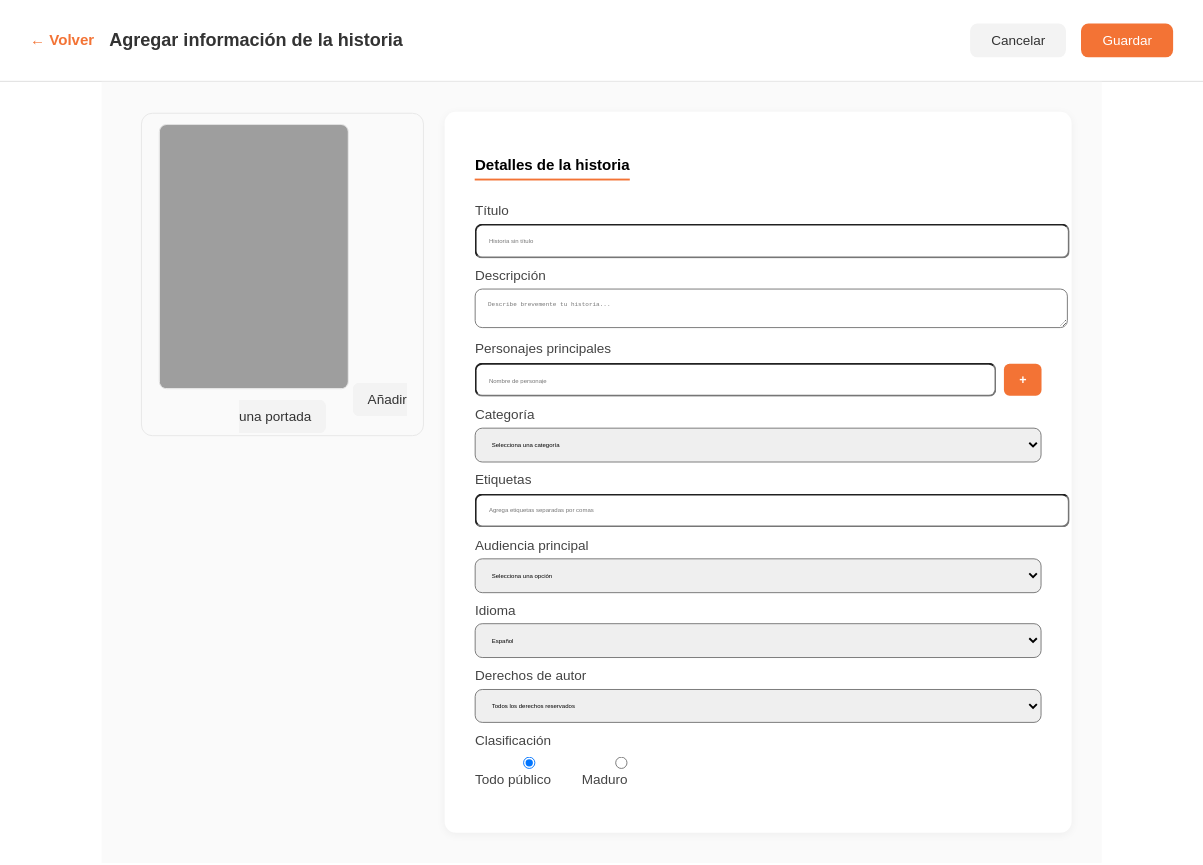
Repository: Mellowdarkl/willpig_studio
Page: .env/html_backup/indexCreti.html
The author's editor kept a copy of each file at every save. The page is drawn from the files as they stood at one save, then again after the next save.
The browser window is 1280 px wide. The pictures show the whole page, at 94% of full size.
Pictures or frames that could not be fetched are drawn as grey boxes.

Above is the page before, as saved 2025-11-11 12:22:21.

### .env/html_backup/indexCreti.html
<!DOCTYPE html>
<html lang="es">
<head>
  <meta charset="UTF-8" />
  <meta name="viewport" content="width=device-width, initial-scale=1.0" />
  <title>Crear historia | Willpig Studio</title>
  <link rel="stylesheet" href="style1.2.css" />
  <link rel="icon" type="image/x-icon" href="/public/img/img.ico/logo.ico" />
</head>
<body>

  <!-- 🧭 Barra superior -->
  <header class="story-header">
    <div class="header-left">
      <a href="/" class="back-link">← Volver</a>
      <h2>Agregar información de la historia</h2>
    </div>

    <div class="header-actions">
      <button class="btn-canceler">Cancelar</button>
      <button class="btn-savever">Guardar</button>
    </div>
  </header>

  <!--  Contenedor principal -->
  <main class="new-storys">
    <!--  Lado izquierdo: portada -->
    <div class="story-cover">
      <div class="cover-box">
        <img id="coverPreview" src="/img/placeholder-cover.png" alt="Portada" />
        <label for="coverInput" class="btn-upload">Añadir una portada</label>
        <input type="file" id="coverInput" accept="image/*" hidden>
      </div>
    </div>

    <!--  Lado derecho: formulario -->
    <form class="story-form" action="/newstory" method="POST">
      <section class="story-details">
        <h3>Detalles de la historia</h3>

        <div class="form-group">
          <label for="titulo">Título</label>
          <input type="text" id="titulo" name="titulo" placeholder="Historia sin título" required>
        </div>

        <div class="form-group">
          <label for="descripcion">Descripción</label>
          <textarea id="descripcion" name="descripcion" placeholder="Describe brevemente tu historia..."></textarea>
        </div>

        <div class="form-group">
          <label for="personajes">Personajes principales</label>
          <div class="inline-group">
            <input type="text" id="personajes" name="personajes" placeholder="Nombre de personaje">
            <button type="button" class="btn-add">+</button>
          </div>
        </div>

        <div class="form-group">
          <label for="categoria">Categoría</label>
          <select id="categoria" name="categoria">
            <option value="">Selecciona una categoría</option>
            <option value="fantasia">Fantasía</option>
            <option value="romance">Romance</option>
            <option value="aventura">Aventura</option>
            <option value="drama">Drama</option>
            <option value="infantil">Infantil</option>
          </select>
        </div>

        <div class="form-group">
          <label for="etiquetas">Etiquetas</label>
          <input type="text" id="etiquetas" name="etiquetas" placeholder="Agrega etiquetas separadas por comas">
        </div>

        <div class="form-group">
          <label for="audiencia">Audiencia principal</label>
          <select id="audiencia" name="audiencia">
            <option value="">Selecciona una opción</option>
            <option value="general">General</option>
            <option value="adolescentes">Adolescentes</option>
            <option value="adultos">Adultos</option>
          </select>
        </div>

        <div class="form-group">
          <label for="idioma">Idioma</label>
          <select id="idioma" name="idioma">
            <option value="es">Español</option>
            <option value="en">Inglés</option>
          </select>
        </div>

        <div class="form-group">
          <label for="derechos">Derechos de autor</label>
          <select id="derechos" name="derechos">
            <option value="todos">Todos los derechos reservados</option>
            <option value="compartido">Uso compartido con créditos</option>
            <option value="libre">Dominio público</option>
          </select>
        </div>

        <div class="form-group">
          <label>Clasificación</label>
          <div class="inline-group">
            <label><input type="radio" name="clasificacion" value="todo" checked> Todo público</label>
            <label><input type="radio" name="clasificacion" value="maduro"> Maduro</label>
          </div>
        </div>
      </section>
    </form>
  </main>

</body>
</html>

### .env/html_backup/style1.2.css
/*============================ Variables CSS ========================*/
:root {
  --orange: #94d5e6;
  --light-gray: #f5f5f5;
  --text-dark: #333;
  --text-light: #fff;
  --hover-bg: #ffe7d6;
  --transition: all 0.3s ease;
  --radius: 10px;
  font-family: 'Poppins', sans-serif;
}

/* === General === */
body {
  margin: 0;
  background: var(--light-gray);
  color: var(--text-dark);
}

/* 🌞 Modo claro por defecto */
body {
  background-color: rgb(22, 22, 22);
  color: rgb(250, 250, 250);
  transition: background-color 0.5s ease, color 0.5s ease;
}


body.dark-mode {
  background-color: #121212;
  color: #f0f0f0;
}
a {
  text-decoration: none;
  color: inherit;
}
a:hover {
  color: var(--orange);
}
/* === Navbar === */
.navbar {
  display: flex;
  align-items: center;
  justify-content: space-between;
  background-color: #99d6e0;
  padding: 8px 20px;
  font-family: 'Helvetica Neue', sans-serif;
  position: relative;
  top: 0;
  z-index: 10;
  height: 50px;
  box-sizing: border-box;
}

.logo-fig img {
  max-height: 58px; /* el logo nunca será más alto que esto */
  width: auto; /* mantiene proporción */
  object-fit: contain;
  margin-right: 1px;
  display: block; /* elimina efectos de línea base */
  align-items: left;
}

.logo {
  display: flex;
  align-items: center;
  cursor: pointer;
}

.logo-text {
  font-size: 20px;
  font-weight: 600;
  color: #0c2147;
  margin-left: 5px;
}

.search-bar {
  border-radius: 3px;
  padding: 9px 15px;
  border: none;
  width: 300px;
  outline: none;
  font-size: 14px;
  margin-right: 60%;
}

.S1mMa {
  width: 12px;
  height: 12px;
  margin-left: 4px;
  vertical-align: middle;
  margin-right: 0.5px;
  align-items: 14px;

}

.nav-actions {
  display: flex;
  align-items: center;
  gap: 0.1px;
}

/* Dropdown general */
.dropdown {
  position: relative;
}

.dropdown-trigger {
  display: flex;
  align-items: center;
  gap: 0.1px;
  cursor: pointer;
}

/* Botones */
.dropbtn {
  background: none;
  border: none;
  font-size: 14px;
  cursor: pointer;
  padding: 6px 6px;
  color: var(--text-dark);
  color: #121212;
}

/* Flechas */
.S1mMa {
  width: 12px;
  height: 12px;
  vertical-align: middle;
  margin-left: 2px;
}

/* Avatar */
.avatar-sm {
  width: 32px;
  height: 32px;
  border-radius: 50%;
  object-fit: cover;
}

/* Menú desplegable */
.dropdown-content {
  position: absolute;
  top: 100%;
  right: 0;
  background-color: white;
  display: none;
  flex-direction: column;
  box-shadow: 0 2px 8px rgba(0,0,0,0.15);
  z-index: 100;
  min-width: 160px;
}

/* Mostrar al pasar el cursor */
.dropdown:hover .dropdown-content {
  display: flex;
}

/* Contenedor general */
.dropdown.profile {
  position: relative;
  display: flex;
  align-items: center;
  cursor: pointer;
}

/* Avatar */
.avatar-sm {
  width: 32px;
  height: 32px;
  border-radius: 50%;
  object-fit: cover;
}

/* Flecha */
.S1mMa {
  width: 12px;
  height: 12px;
  margin-left: 2px;
  vertical-align: middle;
}

/* Menú desplegable */
.dropdown-content {
  position: absolute;
  top: 100%;
  right: 0;
  background-color: white;
  display: none;
  flex-direction: column;
  box-shadow: 0 2px 8px rgba(0,0,0,0.15);
  z-index: 100;
  min-width: 160px;
}

/* Mostrar al pasar el cursor por el avatar o flecha */
.dropdown.profile:hover .dropdown-content {
  display: flex;
}

/* Mostrar al pasar el cursor por el trigger */
.dropdown:hover .dropdown-content {
  display: flex;
}

.modo-btn {
  background: color(srgb rgb(230, 0, 0));
  border: none;
  font-size: 22px;
  cursor: pointer;
  transition: transform 0.2s ease;
}

.modo-btn:hover {
  transform: scale(1.2);
}

.nav-actions {
  display: flex;
  align-items: center;
  gap: 1rem;
}

.dropbtn {
  background: none;
  border: none;
  color: var(--text-light);
  font-weight: 500;
  cursor: pointer;
  padding: 0.1rem 0.5rem;
  position: static;
}

.dropdown-content {
  display: none;
  position: absolute;
  background: white;
  border-radius: var(--radius);
  box-shadow: 0 2px 10px rgba(0,0,0,0.1);
}

.dropdown:hover .dropdown-content {
  display: block;
}

.dropdown-content a {
  display: block;
  padding: 0.6rem 1rem;
  color: var(--text-dark);
  text-decoration: none;
}

.dropdown-content a:hover {
  background: var(--hover-bg);
}

/* === Carrusel === */
.hero-carousel {
  position: relative;
}

.carousel {
  display: flex;
  overflow: hidden;
}

.slide {
  min-width: 100%;
  position: relative;
  transform: opacity 5s ease-in-out;
}
.slide {
  display: block;
}

.carousel {
  position: relative;
  overflow: hidden;
}

.slide {
  display: none;
  width: 100%;
  transition: opacity 1s ease-in-out;
}

.slide.active {
  display: block;
}

.slide img {
  width: 100%;
  height: 450px;
  object-fit: cover;
}

.caption {
  position: absolute;
  bottom: 5cqb;
  left: 15px;button {
  border: none;
  border-radius: 25px; /* 🔸 más redondo */
  padding: 10px 25px;
  background-color: #5fa55a;
  color: rgb(255, 255, 255);
  font-weight: 600;
  cursor: pointer;
  transition: background-color 0.3s ease, transform 0.2s ease;
}

button:hover {
  background-color: #88cc50; /* color cálido al pasar el cursor */
  transform: scale(1.05);
}

  background: none;
  color: #f0f0f0;
  padding: 0.9rem;
  border-radius: var(--radius);

}

.carousel-controls {
  position: absolute;
  top: 50%;
  width: 100%;
  display: flex;
  justify-content: space-between;
}

.carousel-controls button {
  background: rgba(44, 44, 44, 0.5);
  color: white;
  border: none;
  font-size: 1rem;
  cursor: pointer;
  border-radius: 50%;
  padding: 0.5rem 1rem;
  position: relative;
}

/* === Secciones de historias === */
.stories-section {
  margin: 2rem;
  align-items: center;
}

.stories-section h2 {
  margin-bottom: 1rem;
  margin-left: 260px; /* leve desplazamiento visual para armonía */
  font-size: 1.5rem;
}

.stories-section {
  margin: 3rem auto;
  max-width: 90%; /* limita el ancho total para que el título y libros estén alineados */
}

.scroll-container {
  display: flex;
  flex-wrap: wrap; /* permite que los libros salten a otra línea si no caben */
  justify-content: center;
  gap: 1rem;
  padding: 10px;
  overflow-x: auto; /* mantiene el scroll si hay demasiados */
  box-sizing: border-box;
  padding: 0.8rem 10px 1rem 10px;
}

.story-card {
  flex: 1 1 150px; /*  permite adaptación dinámica */
  max-width: 180px; /*  evita que crezcan demasiado */
  min-width: 140px; /*  evita que se deformen en zoom alto */
  background: white;
  border-radius: var(--radius);
  box-shadow: 0 2px 5px rgba(0, 0, 0, 0.1);
  text-align: center;
  transition: var(--transition);
  background-color: #f5f5f5;
  color: #000000;
  transition: cubic-bezier(0.075, 0.82, 0.165, 1) all 0.3s;
}


.story-card img {
  width: 100%;
  height: auto;
  border-radius: var(--radius) var(--radius) 0 0;
  object-fit: cover;
  color: #000000;
}

.story-card:hover {
  transform: scale(1.05);
}

.story-card img {
  width: 100%;
  border-radius: var(--radius) var(--radius) 0 0;
  height: 220px;
  object-fit: cover;
}

.leer_story {
  margin-top: 10px;
  margin-bottom: 10px;
  border: none;
  border-radius: 15px; /* 🔸 más redondo */
  padding: 10px 25px;
  background-color: #5fa55a;
  color: rgb(255, 255, 255);
  font-weight: 600;
  cursor: pointer;
  transition: background-color 0.3s ease, transform 0.2s ease;
}
.leer_story:hover {
  background-color: #88cc50; /* color cálido al pasar el cursor */
  transform: scale(1.05);
}

.navbar:hover .dropbtn {
  color: var(--text-bright);
}
.story-card h3 {
  margin: 0.5rem 0;
  font-size: 1rem;
  color: var(--text-dark);
  color: #ffffff;
  transition: all 0.3s ease;
  background-color: #000000;
}
.scroll-btn {
  position: absolute;
  top: 35%;
  background: rgba(255,255,255,0.8);
  border: none;
  font-size: 1.5rem;
  cursor: pointer;
  border-radius: 50%;
  padding: 0.3rem 0.6rem;
  transition: var(--transition);
}

.scroll-btn:hover {
  background: var(--orange);
  color: rgb(201, 13, 13);
}

.scroll-btn.left { left: -5px; }
.scroll-btn.right { right: -5px; }

/* === Historia destacada === */
.featured-story {
  display: flex;
  margin: 3rem 2rem;
  background: white;
  border-radius: var(--radius);
  overflow: hidden;
  background-color: rgb(255, 255, 255);
  color: black;
  transition: background-color 0.5s ease, color 0.5s ease;
  border: #f0f0f0 1px solid;
}

.featured-story img {
  width: 50%;
  object-fit: cover;
}

.featured-story .info {
  padding: 2rem;
}

/* === Footer === */
footer {
  background: #ffffff;
  text-align: center;
  padding: 2rem;
  font-size: 0.9rem;
  color: #012464;
}

.footer-links {
  display: flex;
  justify-content: center;
  gap: 1.5rem;
  flex-wrap: wrap;
  margin-bottom: 0.8rem;

}

.footer-links a {
  color: #444;
  text-decoration: none;
}

.footer-links a:hover {
  text-decoration: underline;
}

.footer-links {
  padding: 0px 20px;
}

.footer-links {
  max-width: 600px;
  margin: 0 auto;
}

.scroll-container {
  display: flex;
  justify-content: center; /* Centra horizontalmente */
  align-items: center;     /* Centra verticalmente */
  flex-wrap: wrap;         /* Para que salten de línea si hay muchas */
  gap: 1.5rem;             /* Espaciado entre tarjetas */
  padding: 20px;
}

.theme-color {
  background: #99d6e0;
  border: none;
  color: var(--text-light);
  font-weight: 100;
  cursor: pointer;
}

body {
  background-color: white;
  color: black;
  transition: background-color 0.5s ease, color 0.5s ease;
}

body.dark-mode {
  background-color: black;
  color: white;
}
body.dark-mode .featured-story {
  background-color: #1c1c1c;
  color: #f0f0f0;
}
/*=======Final pagina principal======*/

/* ======= FORMULARIO DE REGISTRO ======= */
html, body {
  margin: 0;
  padding: 0;
}

.register-container-igm {
  display: flex;
  justify-content: center;
  align-items: center;
  height: 100vh;
  background-image: url('/public/img/img.ico/fondo_register.jpg'); /* ✅ sin /public */
  background-size: cover;
  background-position: center;
}

.logo-LTRA {
  position: absolute;
  top: 40px ;
  left: 460px;
}

.logo-LTRA img {
  height: 80px;
}

.register-card {
  background: rgba(255, 255, 255, 0.96);
  padding: 2.5rem;
  border-radius: 15px;
  box-shadow: 0 4px 20px rgba(0,0,0,0.20);
  width: 100%;
  max-width: 420px;
  text-align: center;
  backdrop-filter: blur(6px);
}

.register-card h1 {
  font-size: 1.8rem;
  margin-bottom: 1rem;
  color: var(--accent-color, #f39135);
}

.register-form .form-group {
  text-align: left;
  margin-bottom: 1.2rem;
}

.register-form input {
  width: 100%; /* ✅ ya no corta el ancho */
  padding: 0.8rem;
  border: 1px solid #ccc;
  border-radius: 8px;
  font-size: 1rem;
}

.register-form input:focus {
  border-color: var(--accent-color, #f39135);
  box-shadow: 0 0 4px rgba(243,115,53,0.3);
}

/* Botón */
.btn-register {
  background-color: #040225;
  color: white;
  border: none;
  width: 100%;
  padding: 0.9rem;
  border-radius: 10px;
  cursor: pointer;
}

.btn-register:hover {
  background-color: #3d3d3d;
}

/* Link de login */
.login-link a {
  color: #040225;
  font-weight: 600;
  text-decoration: none;
}

.login-link a:hover {
  text-decoration: underline;
}

/*=======Final formulario de registro======*/

/* ====== FORMULARIO DE LOGIN ====== */
main.loginIn-container .btn-loginIn {
  /* estilos aquí */
  .loginIn-container {
  display: flex;
  justify-content: center;
  align-items: center;

}
.loginPin-card {
  background: #fff;
  padding: 2.5rem;
  border-radius: 15px;
}
  box-shadow: 0 4px 20px rgba(0,0,0,0.08);
  width: 100%;
  max-width: 420px;
  text-align: center;


}
html, body {
  margin: 0;
  padding: 0;
}
.register-container {
  display: flex;
  justify-content: center;
  align-items: center;
  margin-left: auto;
  margin-right: 40vh;
}

.loginIn-container {
  display: flex;
  justify-content: center;
  align-items: center;
  height: 100vh;
  background-color: var(--background-color, #fff);
  left: 400vh;
}

.loginPin-card {
  background: #fff;
  padding: 2.5rem;
  border-radius: 15px;
  box-shadow: 0 4px 20px rgba(0,0,0,0.08);
  width: 100%;
  max-width: 420px;
  text-align: center;
  left: 400vh;
}

.loginPin-card h1 {
  font-size: 1.8rem;
  margin-bottom: 1rem;
  color: var(--accent-color, #f37335);
}

/* ====== LOGIN ESTILO POCKET ====== */
.login-pocketIN {
  display: flex;
  height: 100vh;
  background-color: #fff;
}

/* Lado izquierdo con imagen */
.login-visual {
  flex: 1;
  background-color: #fafafa;
  display: flex;
  justify-content: center;
  align-items: center;
  padding: 2rem;
}

.login-visual img {
  width: 90%;
  max-width: 600px;
  border-radius: 10px;
  box-shadow: 0 4px 30px rgba(0, 0, 0, 0.1);
}

/* Lado derecho con formulario */
.login-form-section {
  flex: 1;
  display: flex;
  justify-content: center;
  align-items: center;
  padding: 2rem;
}

.login-box {
  width: 90%;
  max-width: 400px;
  text-align: center;
}

.login-box h1 {
  color: var(--accent-color, #f39135);
  font-size: 1.8rem;
  margin-bottom: 3rem;
}

.login-box p {
  color: #666;
  margin-bottom: 1.5rem;
}

.form-login .form-group {
  text-align: left;
  margin-bottom: 1rem;
}

.form-login label {
  display: block;
  font-size: 0.9rem;
  color: #444;
  margin-bottom: 0.3rem;
}

.form-login input {
  width: 88%;
  padding: 0.8rem;
  border: 1px solid #ccc;
  border-radius: 8px;
  font-size: 1rem;
  outline: none;
  transition: 0.3s;
}

.form-login input:focus {
  border-color: var(--accent-color, #f37335);
  box-shadow: 0 0 5px rgba(243,115,53,0.3);
}

.btn-login-pocket {
  background-color: var(--accent-color, #070658);
  color: white;
  border: none;
  border-radius: 8px;
  width: 80%;
  padding: 0.9rem;
  font-size: 1rem;
  cursor: pointer;
  transition: background 0.3s ease;
}

.btn-login-pocket:hover {
  background-color: #303030;
}

.forgot {
  display: block;
  margin-top: 0.8rem;
  color: #1d1d1d;
  font-size: 1rem;
  text-decoration: none;
}

.divider {
  margin: 1.5rem 0;
  position: relative;
  text-align: center;
  color: #aaa;
}

.divider::before, .divider::after {
  content: "";
  position: absolute;
  top: 50%;
  width: 40%;
  height: 1px;
  background-color: #ddd;
}

.divider::before { left: 0; }
.divider::after { right: 0; }

.social-login {
  display: flex;
  flex-direction: column;
  gap: 0.7rem;
}

.social-btn {
  border: 1px solid #ddd;
  border-radius: 8px;
  padding: 0.8rem;
  background-color: #fff;
  cursor: pointer;
  transition: background 0.3s;
}

.social-btn:hover {
  background-color: #f8f8f8;
}

.google { color: #252525; }
/*
.telefono { color: #000; }
.facebook { color: #e66000; }
*/
social-btn google img {
  width: 20px;
  height: 20px;
  vertical-align: middle;
  margin-right: 12px;
  gap: 10px;
  padding: 0.5rem 1rem;
}
.register-text {
  margin-top: 1.5rem;
  font-size: 0.9rem;
}

.register-text a {
  color: var(--accent-color, #f37335);
  font-weight: 500;
  text-decoration: none;
}

.register-text a:hover {
  text-decoration: underline;
}

/* Responsivo */
@media (max-width: 850px) {
  .login-pocket {
    flex-direction: column;
    height: auto;
  }

  .login-visual {
    display: none;
  }

  .login-form-section {
    padding: 3rem 1rem;
  }
}

/* ====== OPCIONES EXTRA DEL LOGIN ====== */
.form-options {
  text-align: left;
  margin: 0.5rem 0 1rem;
  font-size: 0.9rem;
  color: #555;
}

.form-options input[type="checkbox"] {
  margin-right: 0.4rem;
  accent-color: var(--accent-color, #f37335);
}

/* ====== FORMULARIO DE NOTIFICACIÓN ====== */
.story-header {
  display: flex;
  justify-content: space-between;
  align-items: center;
  background: #fff;
  border-bottom: 1px solid #ddd;
  padding: 1rem 2rem;
}

.story-header .header-left {
  display: flex;
  align-items: center;
  gap: 1rem;
}

.story-header h2 {
  font-size: 1.2rem;
  color: #333;
}

.back-link {
  color: var(--accent-color, #f37335);
  text-decoration: none;
  font-weight: bold;
}

.header-actions {
  display: flex;
  gap: 1rem;
}

.btn-canceler, .btn-savever {
  padding: 0.6rem 1.4rem;
  border-radius: 8px;
  font-size: 0.9rem;
  border: none;
  cursor: pointer;
  transition: 0.3s;
}

.btn-canceler {
  background: #f3f3f3;
  color: #333;
}

.btn-canceler:hover { background: #e5e5e5; }

.btn-savever {
  background: var(--accent-color, #f37335);
  color: white;
}

.btn-savever:hover { background: #e85c1a; }

/* Layout general */
.new-storys {
  display: flex;
  padding: 2rem;
  gap: 2rem;
  background: #fafafa;
  margin: auto;
  max-width: 1000px;
}


/* Portada */
.story-cover {
  flex: 1;
  display: flex;
  justify-content: center;
  align-items: flex-start;
}

.cover-box {
  text-align: center;
  position: relative;
  left: 10px;
  top: 1px;
  border: 0.1px solid #e7e7e7;
  padding: 0.7rem;
  border-radius: 12px;
  box-shadow: 0 2px 10px rgba(252, 252, 252, 0.1);
}

.coverPreview {
  margin-bottom: 1rem;
  position: absolute 0;
  top: 0;
  left: 0;
}

.btn-upload- {
  display: none;
  position: relative;
  top: 0;
  left: 0;
  z-index: 1;
}
.cover-box img {
  width: 200px;
  height: 280px;
  border: 1px solid #ddd;
  border-radius: 8px;
  object-fit: cover;
  margin-bottom: 1rem;
}

.btn-upload {
  background: #f3f3f3;
  border-radius: 8px;
  padding: 0.6rem 1rem;
  cursor: pointer;
  color: #333;
  font-size: 0.9rem;
}

.btn-upload:hover {
  background: #e5e5e5;
}

/* Formulario */
.story-form {
  flex: 2;
  background: #fff;
  padding: 2rem;
  border-radius: 12px;
  box-shadow: 0 2px 10px rgba(0,0,0,0.05);
}

.story-details h3 {
  font-size: 1rem;
  margin-bottom: 1.5rem;
  border-bottom: 2px solid var(--accent-color, #f37335);
  display: inline-block;
  padding-bottom: 0.3rem;
}

.form-group {
  margin-bottom: .65rem;
}

.form-group label {
  display: block;
  margin-bottom: 0.4rem;
  font-size: 0.9rem;
  color: #444;
}

.form-group input,
.form-group textarea,
.form-group select {
  width: 100%;
  padding: 0.8rem;
  border: px solid #ccc;
  border-radius: 8px;
  font-size: 0.40rem;
  outline: none;
}

.inline-group {
  display: flex;
  gap: 0.5rem;
  align-items: center;
}

.btn-add {
  padding: 0.6rem 1rem;
  background: var(--accent-color, #f37335);
  border: none;
  color: #fff;
  border-radius: 6px;
  cursor: pointer;
  font-weight: bold;
}

.btn-add:hover {
  background: #e85c1a;
}

/* Responsivo */
@media (max-width: 900px) {
  .new-story {
    flex-direction: column;
    padding: 1rem;
  }

  .story-form {
    padding: 1.5rem;
  }
}

After the next save:
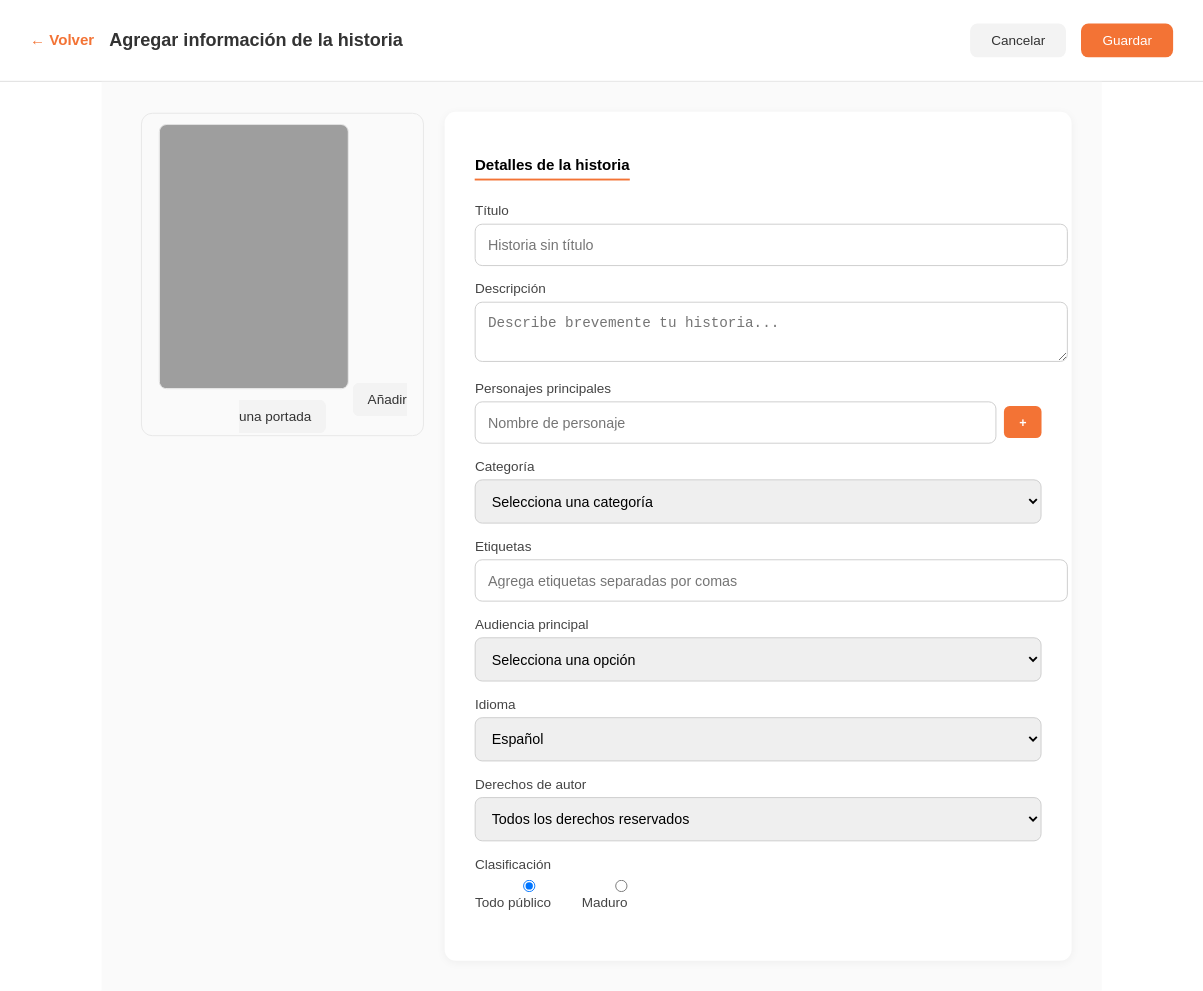
Saved 20 s later.
--- a/.env/html_backup/style1.2.css
+++ b/.env/html_backup/style1.2.css
@@ -1023,7 +1023,7 @@ social-btn google img {
 }
 
 .form-group {
-  margin-bottom: .65rem;
+  margin-bottom: 1rem;
 }
 
 .form-group label {
@@ -1038,9 +1038,9 @@ social-btn google img {
 .form-group select {
   width: 100%;
   padding: 0.8rem;
-  border: px solid #ccc;
+  border: 1px solid #ccc;
   border-radius: 8px;
-  font-size: 0.40rem;
+  font-size: 0.95rem;
   outline: none;
 }
 
